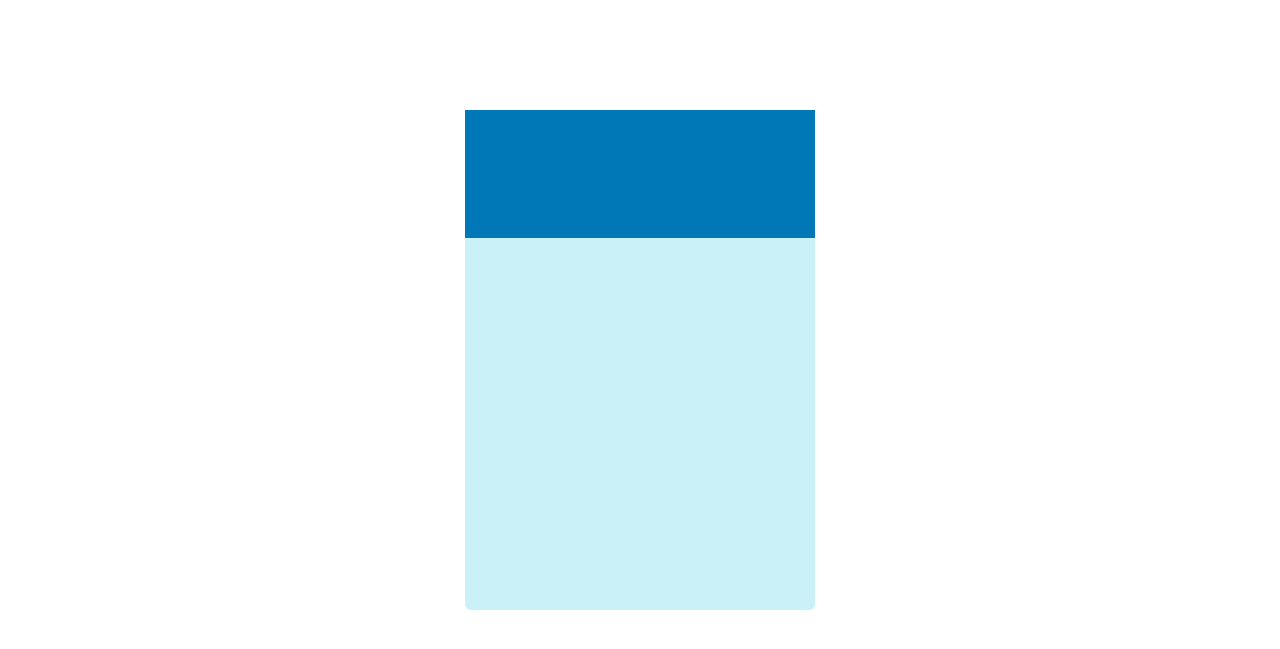
Repository: hsumyatm7308/Chatbot
Page: index.html
An editor plug-in stored every save of this project. The page is shown before and after the next save, followed by the edit.
The browser window is 1280 px wide. The pictures show the whole page.
Some web libraries are served in a nearby version.

Above is the page before, as saved 2023-07-08 17:06:08.

After the next save:
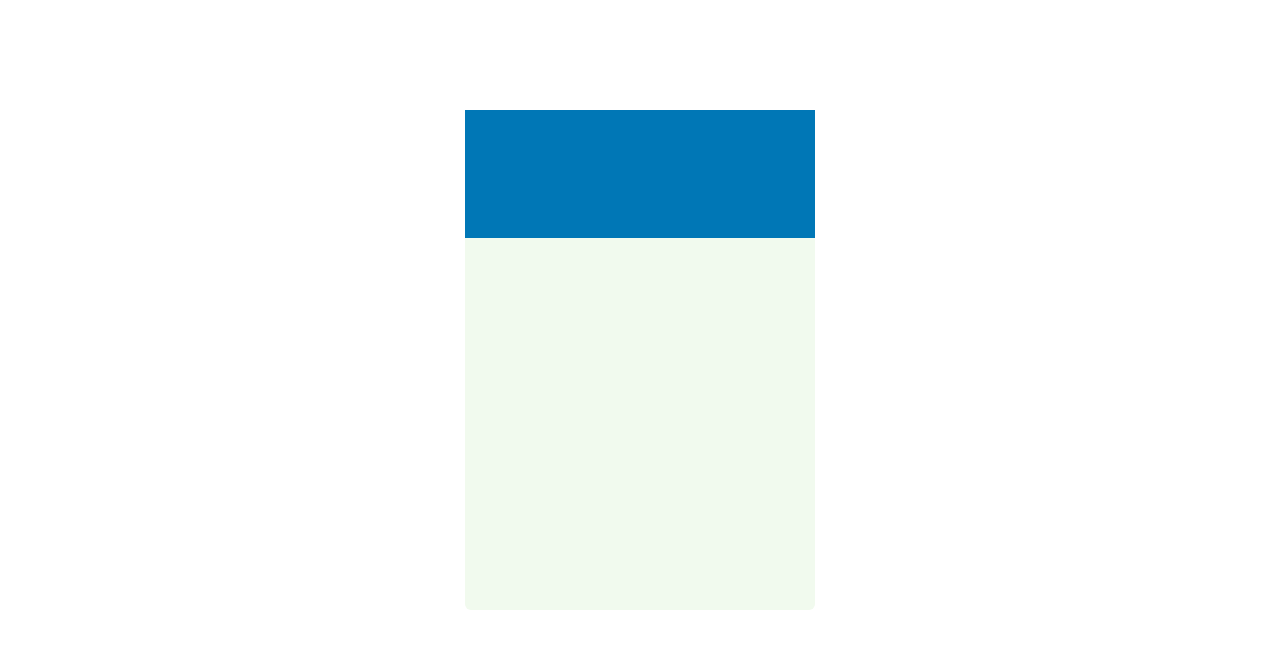
Saved 36 s later.
--- a/index.html
+++ b/index.html
@@ -7,7 +7,7 @@
     <body class="bg-[#ffff]">
 
         <div class="w-screen h-screen flex justify-center items-center container">
-             <div class="w-[350px] h-[500px] bg-[#caf0f8] rounded-md chatbot-container">
+             <div class="w-[350px] h-[500px] bg-[#f1faee] rounded-md chatbot-container">
                   <div class="w-full h-32 bg-[#0077b6]"></div>
              </div>
         </div>
